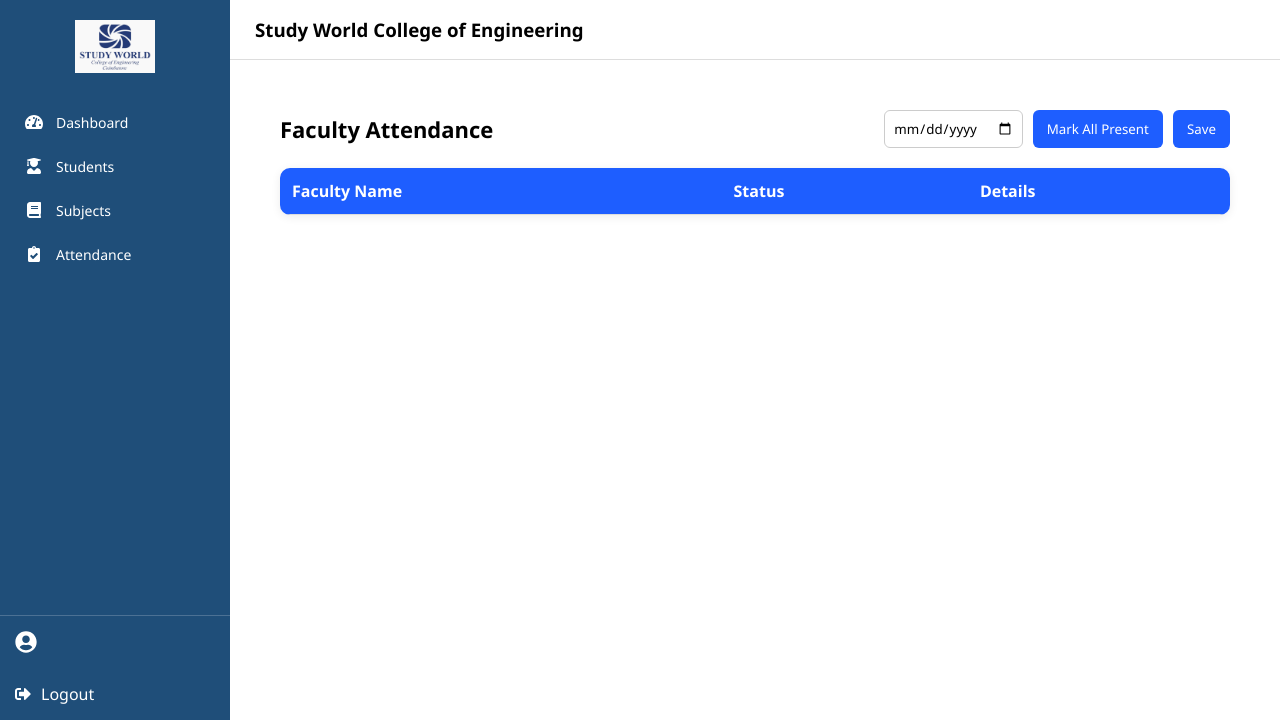
Repository: arthanarieswara/frontend
Page: /faculty-attendance
An editor plug-in stored every save of this project. The page is shown before and after the next save, followed by the edit.
The browser window is 1280 px wide. The pictures show the whole page.
The page's requests for data from a server got no answer. The project was rebuilt for these pictures with package versions that can differ from the ones it lists, and the page was loaded fresh each time. No one was signed in, and anything a server would have sent is missing. Also part of the build but not shown: vite.config.js, src/pages/auth/Login.jsx, src/pages/dashboard/Dashboard.css, src/pages/dashboard/Dashboard.jsx, src/pages/departments/Departments.jsx, src/pages/students/Students.css, src/pages/students/Students.jsx, src/pages/faculty/Faculty.css and 9 more.

Above is the page before, as saved 2026-04-01 14:38:59.

### index.html
<!doctype html>
<html lang="en">
  <head>
    <meta charset="UTF-8" />
    <link rel="icon" type="image/svg+xml" href="/college-logo.png" />
    <meta name="viewport" content="width=device-width, initial-scale=1.0" />
    <title>SWMS</title>
  </head>
  <body>
    <div id="root"></div>
    <script type="module" src="/src/main.jsx"></script>
  </body>
</html>

### src/App.jsx
import AppRoutes from "./routes/AppRoutes";

function App() {
  return <AppRoutes />;
}

export default App;

### src/routes/AppRoutes.jsx
import { BrowserRouter, Routes, Route } from "react-router-dom";

import Login from "../pages/auth/Login";
import Dashboard from "../pages/dashboard/Dashboard";
import Departments from "../pages/departments/Departments";
import Students from "../pages/students/Students";
import Faculty from "../pages/faculty/Faculty";
import Subjects from "../pages/Subjects/Subjects";
import Attendance from "../pages/Attendance/Attendance";
import Users from "../pages/users/Users";
import UserMapping from "../pages/UserMapping/UserMapping"; // ✅ NEW
import FacultyAttendance from "../pages/faculty/FacultyAttendance";
function AppRoutes() {
  return (
    <BrowserRouter>
      <Routes>
        <Route path="/" element={<Login />} />
        <Route path="/dashboard" element={<Dashboard />} />
        <Route path="/departments" element={<Departments />} />
        <Route path="/students" element={<Students />} />
        <Route path="/faculty" element={<Faculty />} />
        <Route path="/subjects" element={<Subjects />} />
        <Route path="/attendance" element={<Attendance />} />
        <Route path="/users" element={<Users />} />
        <Route path="/faculty-attendance" element={<FacultyAttendance />} />

        {/* ✅ NEW ROUTE */}
        <Route path="/mapping" element={<UserMapping />} />
      </Routes>
    </BrowserRouter>
  );
}

export default AppRoutes;

### src/pages/faculty/FacultyAttendance.jsx
import { useEffect, useState } from "react";
import Layout from "../../components/Layout";
import api from "../../api/api";
import "./FacultyAttendance.css";

function FacultyAttendance() {
  const [faculty, setFaculty] = useState([]);
  const [date, setDate] = useState("");
  const [attendance, setAttendance] = useState({});
  const [loading, setLoading] = useState(false);

  /* ================= LOAD FACULTY ================= */

  useEffect(() => {
    fetchFaculty();
  }, []);

  const fetchFaculty = async () => {
    try {
      const res = await api.get("/faculty");
      setFaculty(res.data || []);
    } catch (err) {
      console.log(err);
    }
  };

  /* ================= HANDLE CHANGE ================= */

  const handleChange = (id, field, value) => {
    setAttendance((prev) => ({
      ...prev,
      [id]: {
        ...prev[id],
        [field]: value,
      },
    }));
  };

  /* ================= MARK ALL PRESENT ================= */

  const markAllPresent = () => {
    const updated = {};
    faculty.forEach((f) => {
      updated[f.id] = { status: "Present" };
    });
    setAttendance(updated);
  };

  /* ================= SAVE ================= */

  const saveAttendance = async () => {
    if (!date) {
      alert("Please select date");
      return;
    }

    setLoading(true);

    try {
      for (let f of faculty) {
        const data = attendance[f.id];

        if (!data || !data.status) continue;

        await api.post("/faculty-attendance", {
          faculty_id: f.id,
          date,
          status: data.status,
          in_time: data.in_time || null,
          out_time: data.out_time || null,
          half_type: data.half_type || null,
        });
      }

      alert("Attendance saved successfully ✅");
    } catch (err) {
      console.error(err);
      alert("Error saving attendance ❌");
    }

    setLoading(false);
  };

  return (
    <Layout>
      <div className="faculty-attendance">

        {/* HEADER */}
        <div className="header">
          <h2>Faculty Attendance</h2>

          <div className="actions">
            <input
              type="date"
              value={date}
              onChange={(e) => setDate(e.target.value)}
            />

            <button onClick={markAllPresent} className="secondary-btn">
              Mark All Present
            </button>

            <button onClick={saveAttendance} disabled={loading}>
              {loading ? "Saving..." : "Save"}
            </button>
          </div>
        </div>

        {/* TABLE */}
        <div className="table-container">
          <table>
            <thead>
              <tr>
                <th>Faculty Name</th>
                <th>Status</th>
                <th>Details</th>
              </tr>
            </thead>

            <tbody>
              {faculty.map((f) => {
                const data = attendance[f.id] || {};

                return (
                  <tr key={f.id}>

                    {/* NAME */}
                    <td>{f.name}</td>

                    {/* STATUS */}
                    <td>
                      <select
                        className={`status-dropdown ${data.status}`}
                        value={data.status || ""}
                        onChange={(e) =>
                          handleChange(f.id, "status", e.target.value)
                        }
                      >
                        <option value="">Select</option>
                        <option value="Present">Present</option>
                        <option value="Absent">Absent</option>
                        <option value="CL">CL</option>
                        <option value="CML">CML</option>
                        <option value="LOP">LOP</option>
                        <option value="OD">OD</option>
                        <option value="Vacation">Vacation</option>
                        <option value="Permission">Permission</option>
                        <option value="Half Day">Half Day</option>
                      </select>
                    </td>

                    {/* DETAILS */}
                    <td>
                      {data.status === "Permission" && (
                        <div className="time-inputs">
                          <input
                            type="time"
                            onChange={(e) =>
                              handleChange(f.id, "in_time", e.target.value)
                            }
                          />
                          <input
                            type="time"
                            onChange={(e) =>
                              handleChange(f.id, "out_time", e.target.value)
                            }
                          />
                        </div>
                      )}

                      {data.status === "Half Day" && (
                        <select
                          onChange={(e) =>
                            handleChange(f.id, "half_type", e.target.value)
                          }
                        >
                          <option value="">Select</option>
                          <option value="First Half">First Half</option>
                          <option value="Second Half">Second Half</option>
                        </select>
                      )}
                    </td>

                  </tr>
                );
              })}
            </tbody>
          </table>
        </div>

      </div>
    </Layout>
  );
}

export default FacultyAttendance;

### src/api/api.js
import axios from "axios";

const api = axios.create({
  baseURL: "http://localhost:5000/api",
});

/* ✅ Attach token automatically */
api.interceptors.request.use((config) => {
  const token = localStorage.getItem("token");

  if (token) {
    config.headers.Authorization = `Bearer ${token}`;
  }

  return config;
});

export default api;

### src/pages/auth/Login.css
*{
  margin:0;
  padding:0;
  box-sizing:border-box;
  font-family:"Segoe UI",sans-serif;
}

/* ANIMATED BACKGROUND */

.login-wrapper{
  height:100vh;
  display:flex;
  justify-content:center;
  align-items:center;
  background:linear-gradient(270deg,#0f4c81,#3a8bfd,#1a6ed8);
  background-size:600% 600%;
  animation:gradientBG 10s ease infinite;
}

@keyframes gradientBG{
  0%{background-position:0% 50%}
  50%{background-position:100% 50%}
  100%{background-position:0% 50%}
}

/* LOGIN CARD */

.login-card{
  width:420px;
  padding:40px;
  border-radius:12px;
  background:rgba(255,255,255,0.15);
  backdrop-filter:blur(15px);
  box-shadow:0 15px 40px rgba(0,0,0,0.3);
  text-align:center;
  color:white;
}

/* COLLEGE HEADER */

.college-logo{
  width:70px;
  margin-bottom:10px;
}

.college-header h1{
  font-size:20px;
  margin-bottom:5px;
}

.college-header p{
 font-size:13px;
  opacity:0.9;
}

.college-header span{
  font-size:12px;
  opacity:0.8;
}

.college-header{
  margin-bottom:30px;
}

/* INPUT GROUP */

.input-group{

  position:relative;
  margin-bottom:20px;
}

.input-group input{
  width:100%;
  padding:12px;
  border:none;
  border-radius:6px;
  outline:none;
  font-size:14px;
}

/* FLOATING LABEL */

.input-group label{
  position:absolute;
  left:12px;
  top:50%;
  transform:translateY(-50%);
  color:#000000;
  font-size:14px;
  pointer-events:none;
  transition:0.3s;
}

.input-group input:focus + label,
.input-group input:not(:placeholder-shown) + label{
  top:-8px;
  /* background:white; */
  padding:0 5px;
  font-size:15px;
  color:white;
}

/* PASSWORD ICON */

.password-group{
 position:relative;
}

.eye-icon{
  position:absolute;
  right:10px;
  top:50%;
  transform:translateY(-50%);
  cursor:pointer;
  color:#444;
}

/* BUTTON */

.login-btn{
  width:100%;
  padding:12px;
  border:none;
  border-radius:6px;
  background:white;
  color:#0f4c81;
  font-size:16px;
  font-weight:bold;
  cursor:pointer;
  transition:all 0.3s;
}

.login-btn:hover{
  transform:translateY(-2px);
  box-shadow:0 5px 15px rgba(0,0,0,0.3);
}

### src/components/Layout.jsx
import { useState } from "react";
import Sidebar from "./Sidebar";
import Navbar from "./Navbar";

function Layout({ children }) {

  const [collapsed,setCollapsed] = useState(false);

  return (

    <div style={{display:"flex"}}>

      <Sidebar collapsed={collapsed} />

      <div style={{flex:1}}>

        <Navbar toggleSidebar={()=>setCollapsed(!collapsed)} />

        <div style={{padding:"25px"}}>
          {children}
        </div>

      </div>

    </div>

  );

}

export default Layout;

### src/pages/departments/Departments.css
.departments h2 {
    margin-bottom: 20px;
}

.add-section {
    display: flex;
    gap: 10px;
    margin-bottom: 20px;
}

.add-section input {
    padding: 10px;
    border: 1px solid #ccc;
    border-radius: 5px;
}

.add-section button {
    background: #0f4c81;
    color: white;
    border: none;
    padding: 10px 15px;
    border-radius: 5px;
    cursor: pointer;
}

table {
    width: 100%;
    border-collapse: collapse;
    background: white;
    box-shadow: 0 5px 10px rgba(0, 0, 0, 0.1);
}

th,
td {
    padding: 12px;
    border-bottom: 1px solid #ddd;
    text-align: left;
}

.delete-btn {
    background: red;
    color: white;
    border: none;
    padding: 6px 10px;
    border-radius: 4px;
    cursor: pointer;
}

.edit-btn {
    background: #0f4c81;
    color: white;
    border: none;
    padding: 6px 10px;
    border-radius: 4px;
    cursor: pointer;
    margin: 10px;
}

### src/pages/faculty/FacultyAttendance.css
.faculty-attendance {
  padding: 25px;
}

/* HEADER */
.header {
  display: flex;
  justify-content: space-between;
  align-items: center;
  margin-bottom: 20px;
}

.header h2 {
  font-size: 22px;
}

.actions {
  display: flex;
  gap: 10px;
}

.actions input {
  padding: 8px;
  border-radius: 6px;
  border: 1px solid #ccc;
}

.actions button {
  background: #1e5eff;
  color: white;
  border: none;
  padding: 8px 14px;
  border-radius: 6px;
  cursor: pointer;
}

.actions button:hover {
  background: #1748c7;
}

.secondary-btn {
  background: #28a745;
}

.secondary-btn:hover {
  background: #1e7e34;
}

/* TABLE */
.table-container {
  background: white;
  border-radius: 10px;
  box-shadow: 0 2px 10px rgba(0,0,0,0.08);
  overflow: hidden;
}

table {
  width: 100%;
  border-collapse: collapse;
}

thead {
  background: #1e5eff;
  color: white;
}

th, td {
  padding: 12px;
  text-align: left;
}

tbody tr:nth-child(even) {
  background: #f5f7fb;
}

tbody tr:hover {
  background: #eef2ff;
}

/* STATUS COLORS */
.status-dropdown.Present {
  background: #d4edda;
}

.status-dropdown.Absent {
  background: #f8d7da;
}

.status-dropdown.CL,
.status-dropdown.CML,
.status-dropdown.OD {
  background: #fff3cd;
}

/* TIME INPUTS */
.time-inputs {
  display: flex;
  gap: 10px;
}

.time-inputs input {
  padding: 5px;
}

### src/components/Sidebar.jsx
import { NavLink, useNavigate } from "react-router-dom";
import {
  FaTachometerAlt,
  FaUniversity,
  FaUserGraduate,
  FaChalkboardTeacher,
  FaBook,
  FaClipboardCheck,
  FaSignOutAlt,
  FaUserCircle,
  FaUsers,
  FaProjectDiagram,
} from "react-icons/fa";

import "./Sidebar.css";

function Sidebar({ collapsed }) {
  const navigate = useNavigate();

  const user = JSON.parse(localStorage.getItem("user"));
  const role = user?.role;

  const handleLogout = () => {
    localStorage.removeItem("token");
    localStorage.removeItem("user");
    navigate("/");
  };

  return (
    <div className="main-content">
      <div className={`sidebar ${collapsed ? "collapsed" : ""}`}>
        <div className="sidebar-header">
          <img src="/college-logo.png" className="sidebar-logo" />
        </div>

        <nav className="menu">
          {/* COMMON (ADMIN + FACULTY) */}
          <NavLink to="/dashboard" className="menu-item">
            <FaTachometerAlt />
            <span>Dashboard</span>
          </NavLink>

          <NavLink to="/students" className="menu-item">
            <FaUserGraduate />
            <span>Students</span>
          </NavLink>

          <NavLink to="/subjects" className="menu-item">
            <FaBook />
            <span>Subjects</span>
          </NavLink>

          <NavLink to="/attendance" className="menu-item">
            <FaClipboardCheck />
            <span>Attendance</span>
          </NavLink>

          {/* ADMIN ONLY */}
          {role === "Admin" && (
            <>
              <NavLink to="/departments" className="menu-item">
                <FaUniversity />
                <span>Departments</span>
              </NavLink>

              <NavLink to="/faculty" className="menu-item">
                <FaChalkboardTeacher />
                <span>Faculty</span>
              </NavLink>

              <NavLink to="/users" className="menu-item">
                <FaUsers />
                <span>Users</span>
              </NavLink>

              <NavLink to="/mapping" className="menu-item">
                <FaProjectDiagram />
                <span>Mapping</span>
              </NavLink>

              <NavLink to="/faculty-attendance" className="menu-item">
                <FaClipboardCheck />
                <span>Faculty Attendance</span>
              </NavLink>
            </>
          )}
        </nav>

        {/* PROFILE + LOGOUT */}

        <div className="bottom-section">
          <div className="profile">
            <FaUserCircle className="profile-icon" />
            <span>{role}</span>
          </div>

          <div className="logout" onClick={handleLogout}>
            <FaSignOutAlt />
            <span>Logout</span>
          </div>
        </div>
      </div>
    </div>
  );
}

export default Sidebar;

### src/components/Navbar.jsx
import { FaBars } from "react-icons/fa";
import "./Navbar.css";

function Navbar({ toggleSidebar }) {

    return (

        <div className="navbar">

            {/* <FaBars className="toggle-btn" onClick={toggleSidebar} /> */}

            <h3>Study World College of Engineering</h3>

        </div>

    )

}

export default Navbar;

### src/components/Sidebar.css
.sidebar {
  width: 230px;
  height: 100vh;
  background: #1f4e79;
  color: white;
  display: flex;
  flex-direction: column;
  justify-content: space-between;
  position: fixed;
  left: 0;
  top: 0;
}

/* HEADER */

.sidebar-header {
  display: flex;
  justify-content: center;
  align-items: center;
  padding: 20px 10px;
}

.sidebar-logo {
  width: 80px;
  object-fit: contain;
}

/* MENU */

.menu {
  display: flex;
  flex-direction: column;
  gap: 5px;
  padding: 10px;
}

/* MENU ITEM */

.menu-item {
  display: flex;
  align-items: center;
  gap: 12px;
  padding: 10px 14px;
  color: white;
  text-decoration: none;
  border-radius: 6px;
  transition: 0.3s;
  font-size: 14px;
}

.menu-item svg {
  font-size: 16px;
  min-width: 20px;
}

.menu-item:hover {
  background: rgba(255, 255, 255, 0.15);
}

.menu-item.active {
  background: white;
  color: #1f4e79;
}

/* PUSH BOTTOM SECTION DOWN */

.bottom-section {
  margin-top: auto;
}

/* PROFILE */

.profile {
  display: flex;
  align-items: center;
  gap: 10px;
  padding: 15px;
  border-top: 1px solid rgba(255, 255, 255, 0.2);
}

.profile-icon {
  font-size: 22px;
}

/* LOGOUT */

.logout {
  display: flex;
  align-items: center;
  gap: 10px;
  padding: 15px;
  cursor: pointer;
  transition: 0.3s;
}

.logout:hover {
  background: rgba(255, 0, 0, 0.2);
}

.main-content {
  margin-left: 190px; /* SAME AS SIDEBAR WIDTH */
  padding: 20px;
}

### src/components/Navbar.css
.navbar{
  height:60px;
  background:white;
  border-bottom:1px solid #ddd;
  display:flex;
  align-items:center;
  padding:0 25px;
}

Loaded but not shown: src/main.jsx (common file)

After the next save:
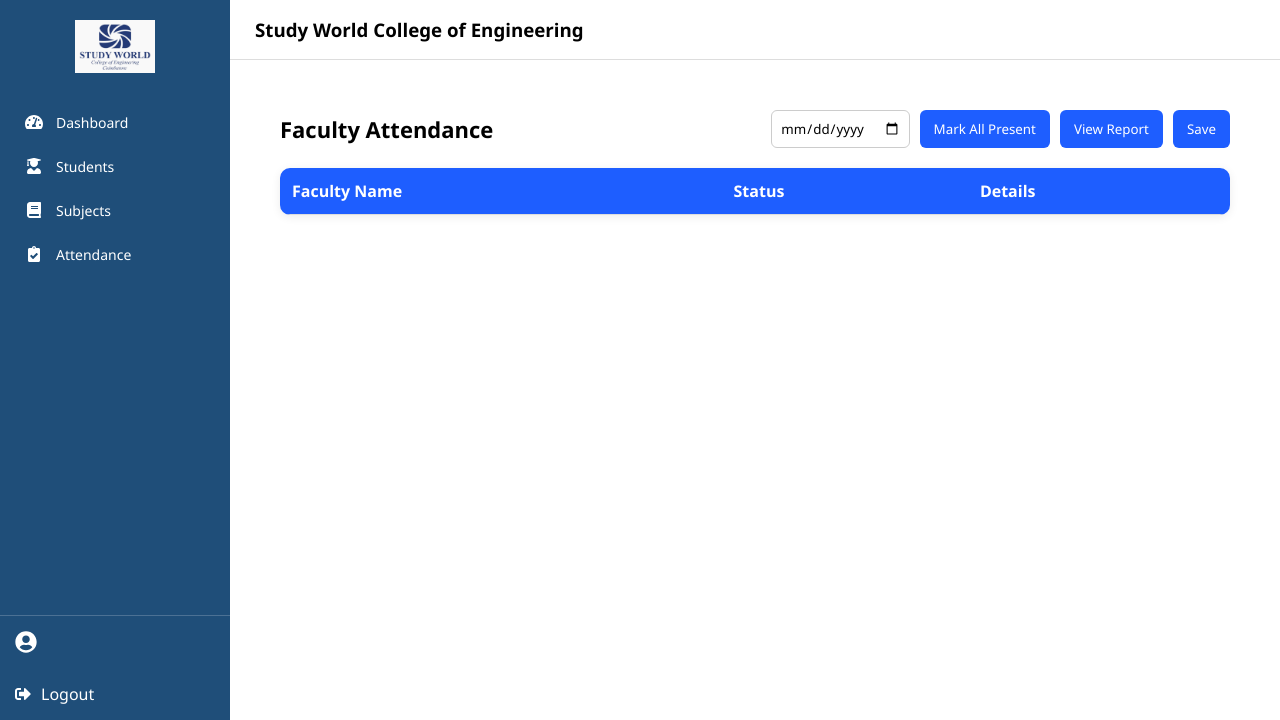
Saved 37 min 41 s later.
--- a/src/pages/faculty/FacultyAttendance.jsx
+++ b/src/pages/faculty/FacultyAttendance.jsx
@@ -7,6 +7,10 @@ function FacultyAttendance() {
   const [faculty, setFaculty] = useState([]);
   const [date, setDate] = useState("");
   const [attendance, setAttendance] = useState({});
+
+  const [summary, setSummary] = useState([]);
+  const [total, setTotal] = useState(0);
+
   const [loading, setLoading] = useState(false);
 
   /* ================= LOAD FACULTY ================= */
@@ -46,11 +50,11 @@ function FacultyAttendance() {
     setAttendance(updated);
   };
 
-  /* ================= SAVE ================= */
+  /* ================= SAVE ATTENDANCE ================= */
 
   const saveAttendance = async () => {
     if (!date) {
-      alert("Please select date");
+      alert("Select date");
       return;
     }
 
@@ -72,13 +76,35 @@ function FacultyAttendance() {
         });
       }
 
-      alert("Attendance saved successfully ✅");
+      alert("Attendance saved ✅");
     } catch (err) {
       console.error(err);
       alert("Error saving attendance ❌");
     }
 
     setLoading(false);
+  };
+
+  /* ================= GET REPORT ================= */
+
+  const getSummary = async () => {
+    if (!date) {
+      alert("Select date");
+      return;
+    }
+
+    try {
+      const res = await api.get(
+        `/faculty-attendance/summary?date=${date}`
+      );
+
+      setSummary(res.data.statusSummary);
+      setTotal(res.data.total);
+
+    } catch (err) {
+      console.log(err);
+      alert("Failed to load report");
+    }
   };
 
   return (
@@ -98,6 +124,10 @@ function FacultyAttendance() {
 
             <button onClick={markAllPresent} className="secondary-btn">
               Mark All Present
+            </button>
+
+            <button onClick={getSummary} className="secondary-btn">
+              View Report
             </button>
 
             <button onClick={saveAttendance} disabled={loading}>
@@ -124,10 +154,8 @@ function FacultyAttendance() {
                 return (
                   <tr key={f.id}>
 
-                    {/* NAME */}
                     <td>{f.name}</td>
 
-                    {/* STATUS */}
                     <td>
                       <select
                         className={`status-dropdown ${data.status}`}
@@ -149,7 +177,6 @@ function FacultyAttendance() {
                       </select>
                     </td>
 
-                    {/* DETAILS */}
                     <td>
                       {data.status === "Permission" && (
                         <div className="time-inputs">
@@ -188,6 +215,30 @@ function FacultyAttendance() {
           </table>
         </div>
 
+        {/* ================= REPORT ================= */}
+
+        {summary.length > 0 && (
+          <div className="report-section">
+
+            <h3>Faculty Attendance Report</h3>
+
+            <div className="cards">
+              {summary.map((s, index) => (
+                <div className="card" key={index}>
+                  <h4>{s.status}</h4>
+                  <p>{s.count}</p>
+                </div>
+              ))}
+
+              <div className="card total">
+                <h4>Total</h4>
+                <p>{total}</p>
+              </div>
+            </div>
+
+          </div>
+        )}
+
       </div>
     </Layout>
   );
